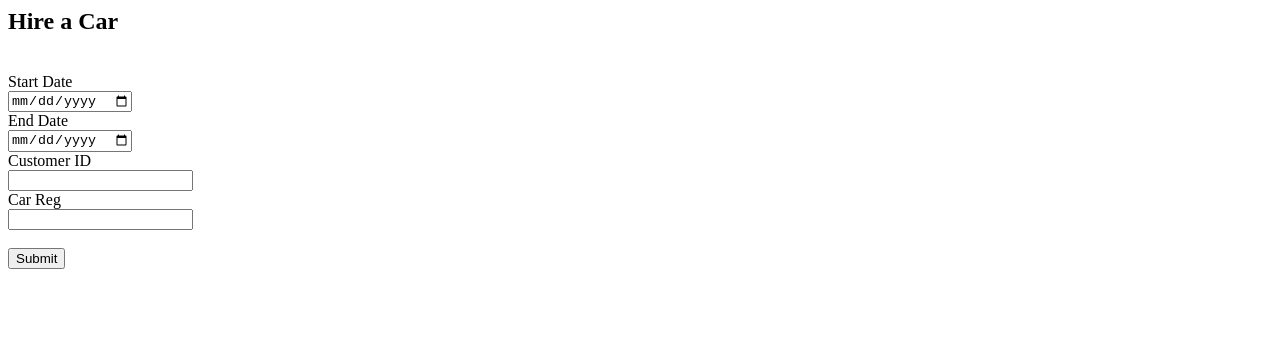
Repository: BrianD147/4th-Year-Project-Distributed-Systems
Page: http://localhost/REST/updateOrder.jsp
These files come from the project's save history. The page is drawn as it stood at one moment and after the next save; the edit follows.
The browser window is 1280 px wide. The pictures show the whole page.
The page is served by Tomcat 9. Other server files are loaded and not shown.

Above is the page before, as saved 2018-12-09 17:31:56.

### REST/src/main/webapp/updateOrder.jsp
<html>
<body>
    <h2>Hire a Car</h2>
    <form action="webapi/myresource/write" method="post">
    	<br/> Start Date <br/>
    	<input type="date" name="startDate">
    	<br/> End Date <br/>
	    <input type="date" name="endDate">
	    <br/> Customer ID <br/>
	    <input type="number" name="custID">
	    <br/> Car Reg <br/>
	    <input type="text" name="carReg">
	    <br/><br/>
	    <input type="submit" value="Submit">
    </form>
</body>
</html>

After the next save:
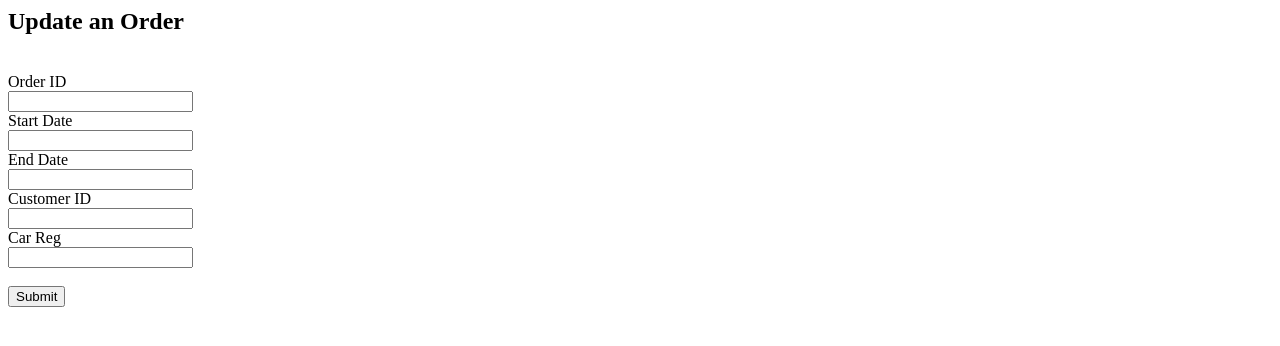
Saved 6 min 22 s later.
--- a/REST/src/main/webapp/updateOrder.jsp
+++ b/REST/src/main/webapp/updateOrder.jsp
@@ -1,11 +1,13 @@
 <html>
 <body>
-    <h2>Hire a Car</h2>
-    <form action="webapi/myresource/write" method="post">
+    <h2>Update an Order</h2>
+    <form action="webapi/myresource/update" method="post">
+    	<br/> Order ID <br/>
+    	<input type="number" name="orderID">
     	<br/> Start Date <br/>
-    	<input type="date" name="startDate">
+    	<input type="text" name="startDate">
     	<br/> End Date <br/>
-	    <input type="date" name="endDate">
+	    <input type="text" name="endDate">
 	    <br/> Customer ID <br/>
 	    <input type="number" name="custID">
 	    <br/> Car Reg <br/>
